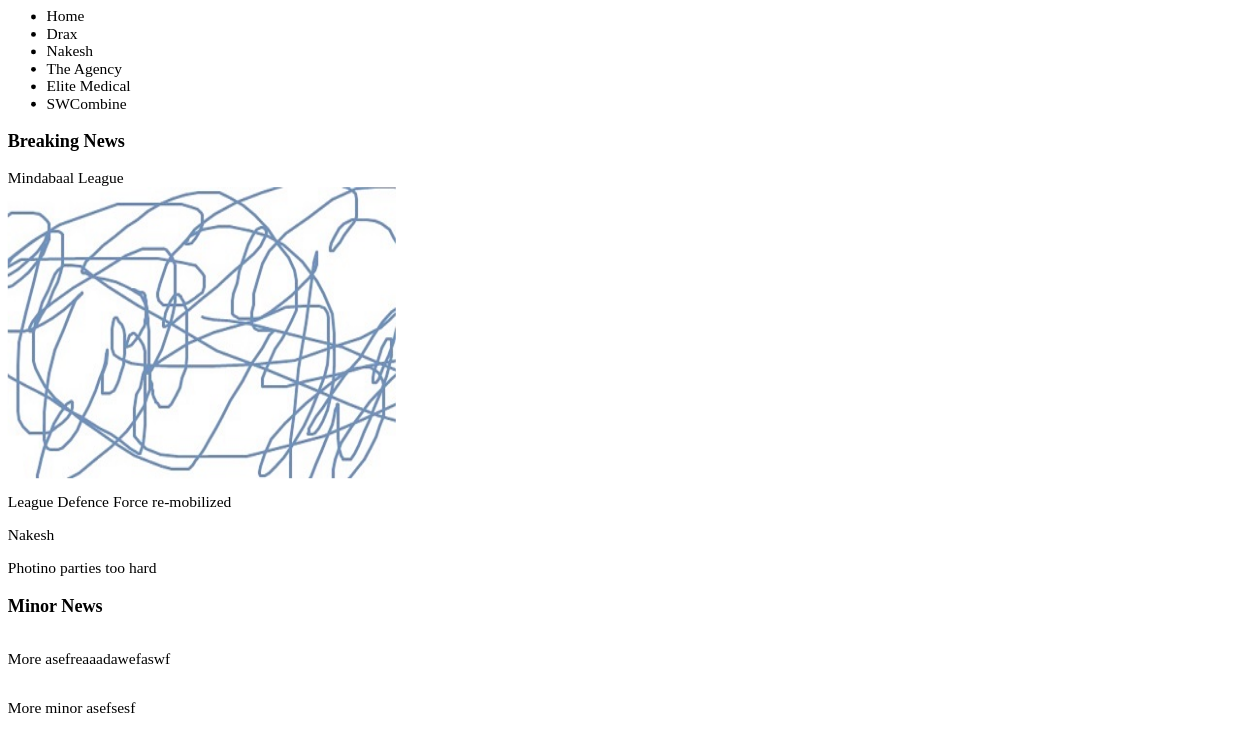
Repository: nlblunt/ml_news
Page: app/assets/javascripts/html/index.html
The author's editor kept a record of every edit. The page is drawn from the files as they stood at one moment, then again after the next edit.
The browser window is 1280 px wide. The pictures show the whole page, at 97% of full size.

Above is the page before.

After the next edit:
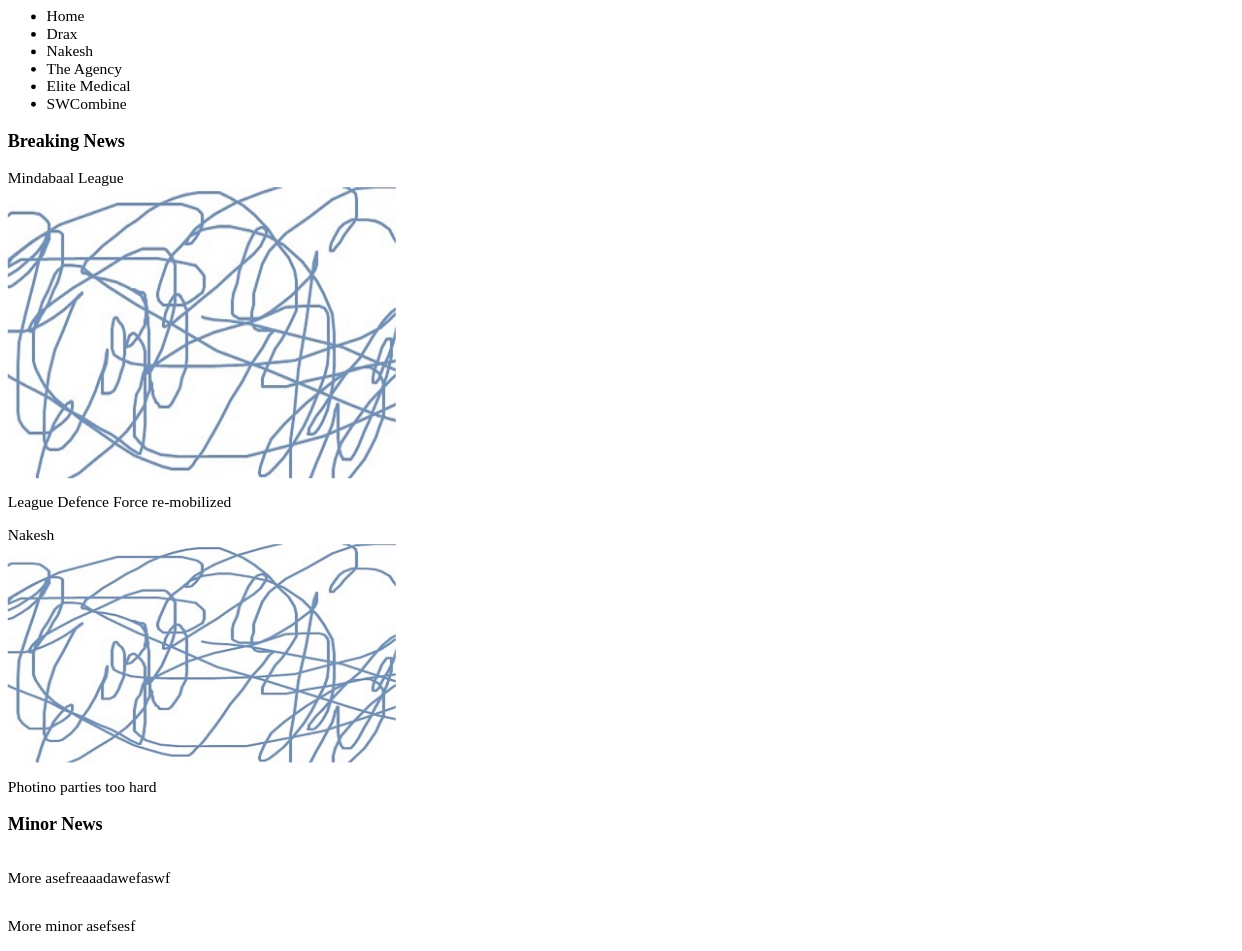
The edit:
--- a/app/assets/javascripts/html/index.html
+++ b/app/assets/javascripts/html/index.html
@@ -26,8 +26,8 @@
 			</div>
 
 			<div class='major-news'>
-     <div class="major-news-header nae">Nakesh</div>
-				<img class="major-news-img" />
+     			<div class="major-news-header nae">Nakesh</div>
+				<img class="major-news-img" src="images/filler.jpg" />
 				<p>Photino parties too hard</p>
 			</div>
 		</article>
